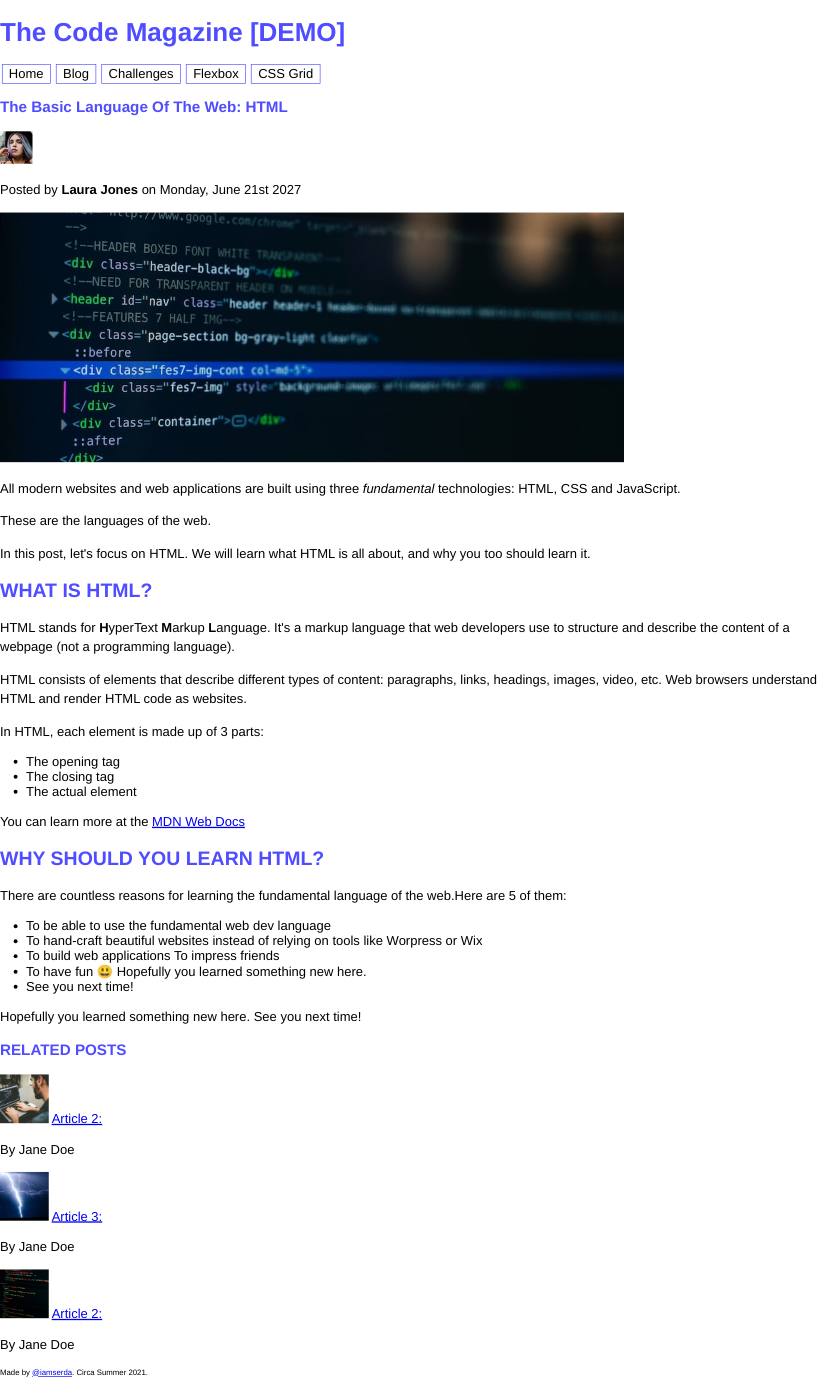
Repository: iamserda/html-css-course
Page: starter/02-HTML-Fundamentals/index.html
The author's editor kept a copy of each file at every save. The page is drawn from the files as they stood at one save, then again after the next save.
The browser window is 1280 px wide. The pictures show the whole page, at 65% of full size.

Above is the page before, as saved 2021-07-17 15:38:34.

### starter/02-HTML-Fundamentals/index.html
<!DOCTYPE html>
<html lang="en">

<head>
    <meta charset="UTF-8" />
    <meta http-equiv="X-UA-Compatible" content="IE=edge" />
    <meta name="viewport" content="width=device-width, initial-scale=1.0" />
    <title>HTML Fundamentals by Laura Jones</title>
    <link href="index.css" rel="stylesheet" />
</head>

<body>
    <header>
        <h1>The Code Magazine [DEMO]</h1>
        <nav>
            <ul>
                <li><a href="index.html">Home</a></li>
                <li><a href="blog/">Blog</a></li>
                <li><a href="challenges/">Challenges</a></li>
                <li><a href="https://css-tricks.com/snippets/css/a-guide-to-flexbox/" target="_blank">Flexbox</a></li>
                <li><a href="https://css-tricks.com/snippets/css/complete-guide-grid/" target="_blank">CSS Grid</a></li>
            </ul>
        </nav>
    </header>
    <main>
        <section>
            <article>
                <header class="article-meta">
                    <h1 class="post-title">The Basic Language of the Web: HTML</h1>
                    <img class="author-pic" src="img/laura-jones.jpg" alt="photo of author laura jones" />
                    <p>Posted by <strong>Laura Jones</strong> on Monday, June 21st 2027</p>
                </header>
                <div class="article-content">
                    <img class="post-image" src="img/post-img.jpg" alt="displaying html code." />
                    <p> All modern websites and web applications are built using three
                        <em>fundamental</em> technologies: HTML, CSS and JavaScript.
                    </p>
                    <p>These are the languages of the web.</p>
                    <p>
                        In this post, let's focus on HTML. We will learn what HTML is all about, and why you too should
                        learn it.
                    </p>

                    <h2>What is HTML?</h2>

                    <p>
                        HTML stands for <b>H</b>yperText <b>M</b>arkup <b>L</b>anguage. It's a markup language that web
                        developers use to structure and describe the content of a webpage (not a programming language).
                    </p>

                    <p>
                        HTML consists of elements that describe different types of content: paragraphs, links, headings,
                        images, video, etc. Web browsers understand HTML and render HTML code as websites.
                    </p>

                    <p>In HTML, each element is made up of 3 parts:</p>
                    <ul>
                        <li>The opening tag</li>
                        <li>The closing tag</li>
                        <li>The actual element</li>
                    </ul>
                    <p>
                        You can learn more at the
                        <a href="https://developer.mozilla.org/en-US/" target="_blank">MDN Web Docs</a>
                    </p>
                    <h2>Why should you learn HTML?</h2>
                    <p>There are countless reasons for learning the fundamental language of the web.Here are 5 of them:
                    </p>
                    <ul>
                        <li>To be able to use the fundamental web dev language</li>
                        <li>To hand-craft beautiful websites instead of relying on tools like Worpress or Wix</li>
                        <li>To build web applications To impress friends</li>
                        <li>To have fun 😃 Hopefully you learned something new here.</li>
                        <li>See you next time!</li>
                    </ul>
                    <p>Hopefully you learned something new here. See you next time!</p>
                </div>
            </article>
        </section>
        <aside>
            <h3>Related Posts</h3>
            <div class="related">
                <img src="img/related-1.jpg" alt="a programmer writing code.">
                <a href="#article2">Article 2:</a>
                <p>By Jane Doe</p>
            </div>
            <div class="related">
                <img src="img/related-2.jpg" alt="a programmer writing code.">
                <a href="#article3">Article 3:</a>
                <p>By Jane Doe</p>
            </div>
            <div class="related">
                <img src="img/related-3.jpg" alt="a programmer writing code.">
                <a href="#article4">Article 2:</a>
                <p>By Jane Doe</p>
            </div>
        </aside>
    </main>
    <footer>
        <p>Made by <a href="https://twitter.com/iamserda">@iamserda</a>. Circa Summer 2021.</p>
    </footer>
</body>

</html>

### starter/02-HTML-Fundamentals/index.css
* {
    box-sizing: border-box;
}

html {
    font-size: 16px;
}

html,
body {
    margin: 0;
    padding: 0;
}

body {
    font-family: Helvetica, Arial, sans-serif;
    font-size: 1.25rem;
}

h1,
h2,
h3,
h4,
h5,
h6 {
    color: rgb(79, 77, 255);
    text-transform: uppercase;
}
header h1{
    text-transform: capitalize;
}

p {
    line-height: 1.5;
}

nav ul {
    padding-left: 0;
}

nav li {
    list-style: none;
    border: 1px solid rgb(79, 77, 255);
    padding: 0.125em 0.5em;
    margin-left: 0.125em;
    display: inline-block;

}

nav a {
    display: block;
    text-decoration: none;
    color: inherit;
    width: 100%;
    height: auto;
}

nav li:hover {
    background-color: rgb(79, 77, 255);

}

nav li:hover a {
    color: white;
}

.related img {
    width: 100%;
    max-width: 75px;
}

.post-title {
    color: rgb(79, 77, 255);
}

.post-image {
    width: 100%;
    max-width: 960px;
    height: auto;
}

.author-pic {
    width: 100%;
    max-width: 50px;
    height: auto;
}

footer p {
    font-size: 0.75rem;
}

After the next save:
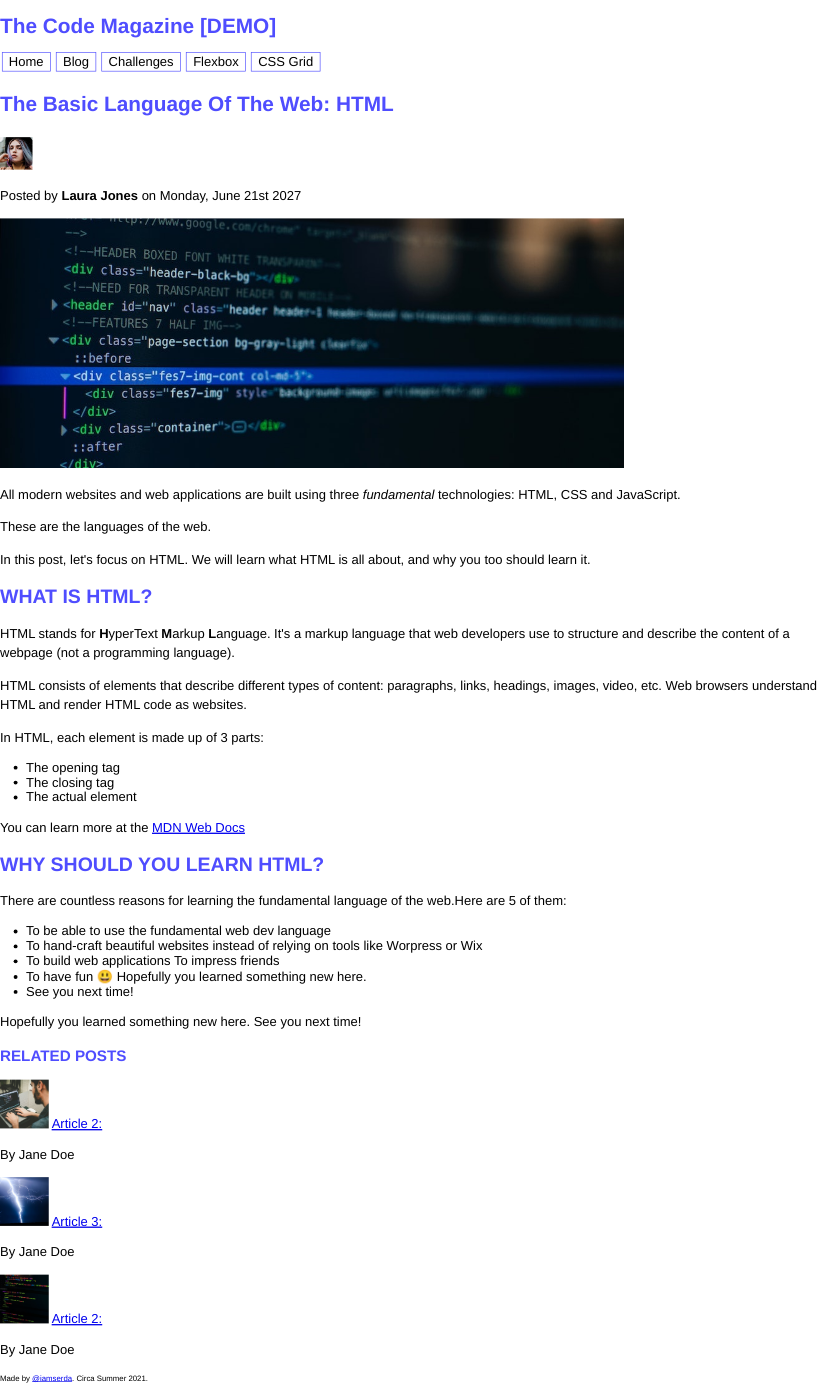
Saved 8 s later.
--- a/starter/02-HTML-Fundamentals/index.css
+++ b/starter/02-HTML-Fundamentals/index.css
@@ -26,7 +26,9 @@ h6 {
     color: rgb(79, 77, 255);
     text-transform: uppercase;
 }
-header h1{
+
+header h1 {
+    font-size: 2rem;
     text-transform: capitalize;
 }
 
